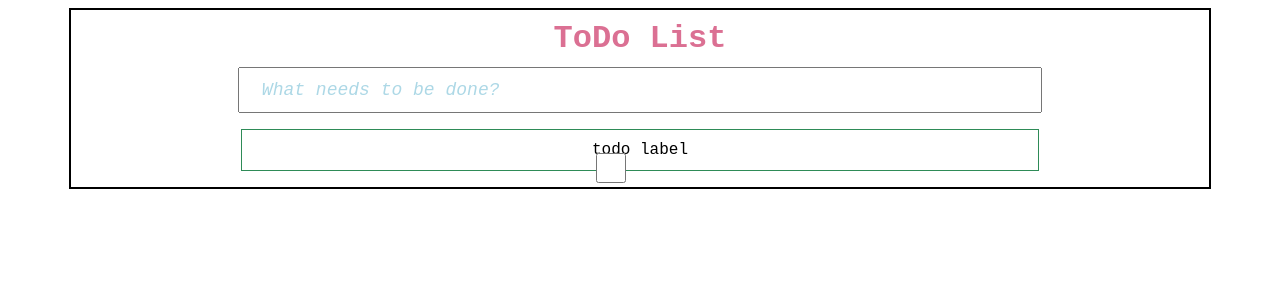
Repository: litalsh/To-Do-List
Page: index.html
The author's editor kept a copy of each file at every save. The page is drawn from the files as they stood at one save, then again after the next save.
The browser window is 1280 px wide. The pictures show the whole page.

Above is the page before, as saved 2019-10-24 17:51:19.

### index.html
<!DOCTYPE html>
<html lang="en">

<head>
    <meta charset="UTF-8">
    <meta name="viewport" content="width=device-width, initial-scale=1.0">
    <meta http-equiv="X-UA-Compatible" content="ie=edge">
    <link rel="stylesheet" href="style.css">
    <title>ToDo List</title>
</head>

<body>
    <div class="container">
        <header>
            <h1>ToDo List</h1>
            <input type="text" class="todo_input" placeholder="What needs to be done?">
        </header>
        <ul class="todo_list">
            <li class="todo_item">
                <div>
                    <input type="checkbox" class="checked">
                    <label>todo label</label>
                    <div class="remove"></div>
                </div>
            </li>
        </ul>
    </div>


    <script src="script.js"></script>
</body>

</html>

### style.css
body{
    font-family: 'Courier New', Courier, monospace;
  }

  .container{
    width: 90%;
    margin: 0 auto;
    border: 2px solid black;
    text-align: center;
  }

  header > h1{
    color: palevioletred;
    margin: 10px auto;
  }

  .todo_input{
    width: 70%;
    line-height: 40px;
    text-indent: 20px;
    font-family: 'Courier New', Courier, monospace;
    font-size: 18px;
    color: darkslategrey;

  }

  .todo_input::placeholder{
    font-style: italic;
    font-size: 18px;
    color: lightblue;
    font-family: 'Courier New', Courier, monospace;

  }

  .todo_list{
    list-style: none;
    padding: 0;
  }

  .todo_item{
      border: 1px solid seagreen;
      width: 70%;
      line-height: 40px;
      margin: 0 auto;
      position: relative;
  }

  .checked{
      width: 30px;
      height: 30px;
      position: absolute;
      top: 50%;

  }

Loaded but not shown: script.js (no stored copy; drawn as an empty file)

After the next save:
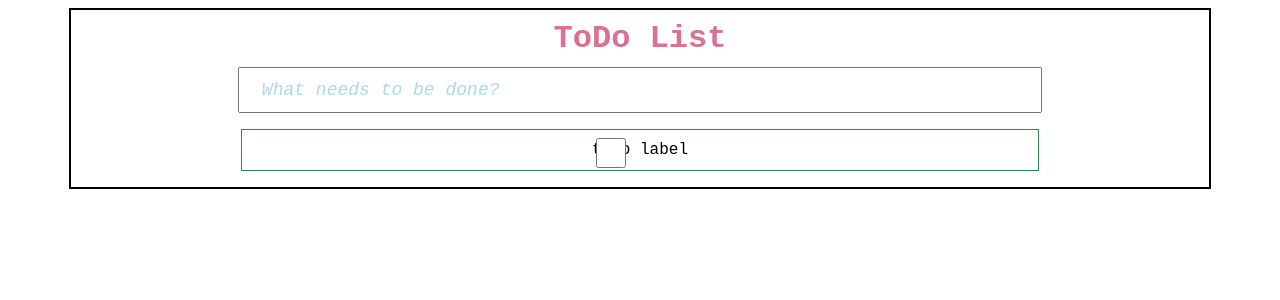
Saved 61 s later.
--- a/style.css
+++ b/style.css
@@ -50,5 +50,6 @@ body{
       height: 30px;
       position: absolute;
       top: 50%;
+      transform: translateY(-50%);
 
   }
